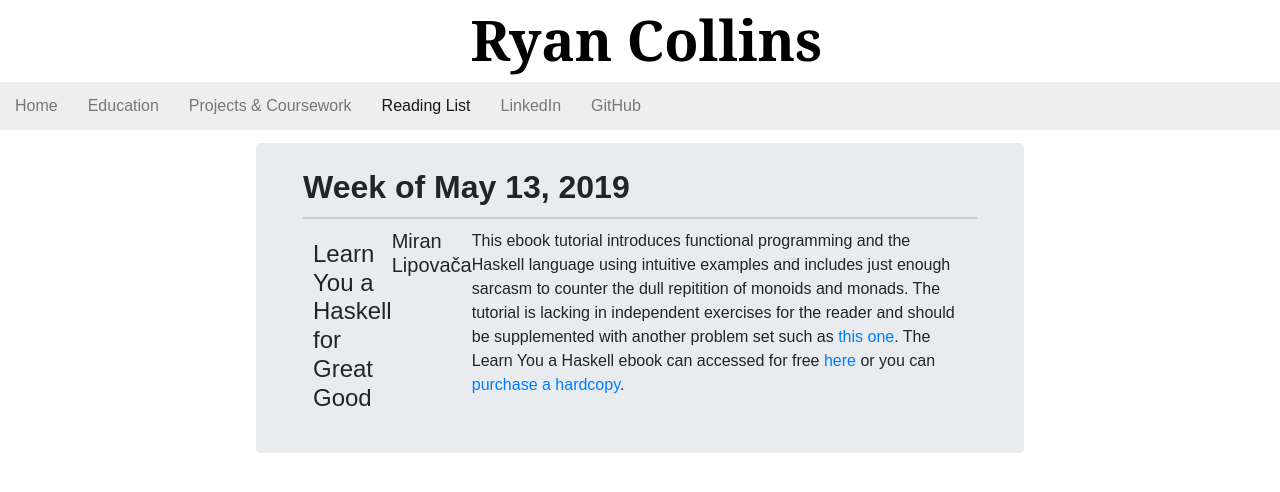
Repository: RyanMCollins/cs50
Page: pset5/homepage/readlist.html
The author's editor kept a record of every edit. The page is drawn from the files as they stood at one moment, then again after the next edit.
The browser window is 1280 px wide. The pictures show the whole page.

Above is the page before.

After the next edit:
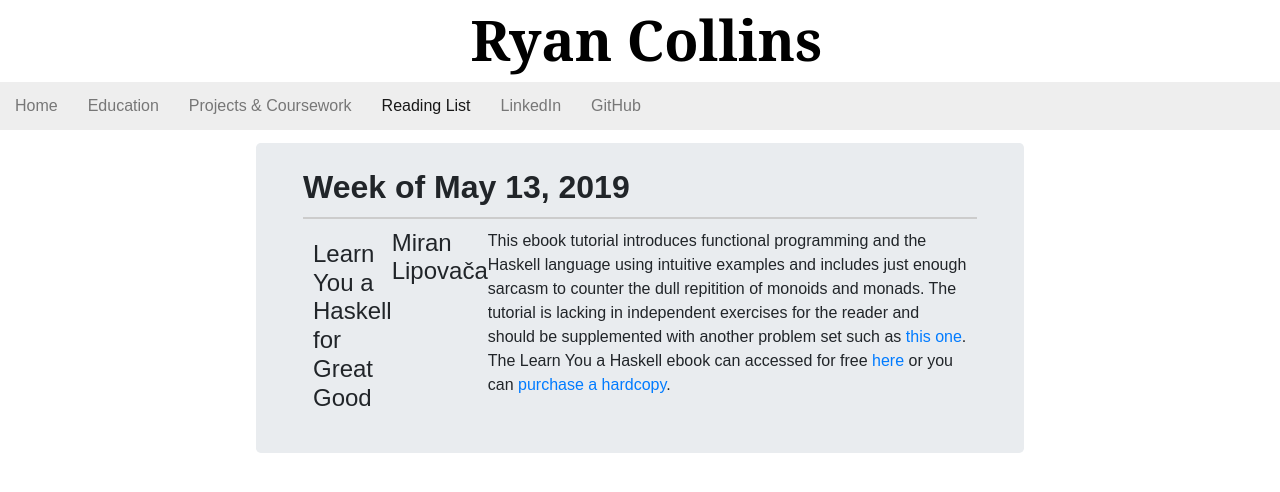
The edit:
--- a/pset5/homepage/readlist.html
+++ b/pset5/homepage/readlist.html
@@ -62,7 +62,7 @@
                         <h4 class="sub-division-title">
                         Learn You a Haskell for Great Good
                     </h4>
-                    <h5>
+                    <h4>
                         Miran Lipovača
                     </h5>
                     <p>
